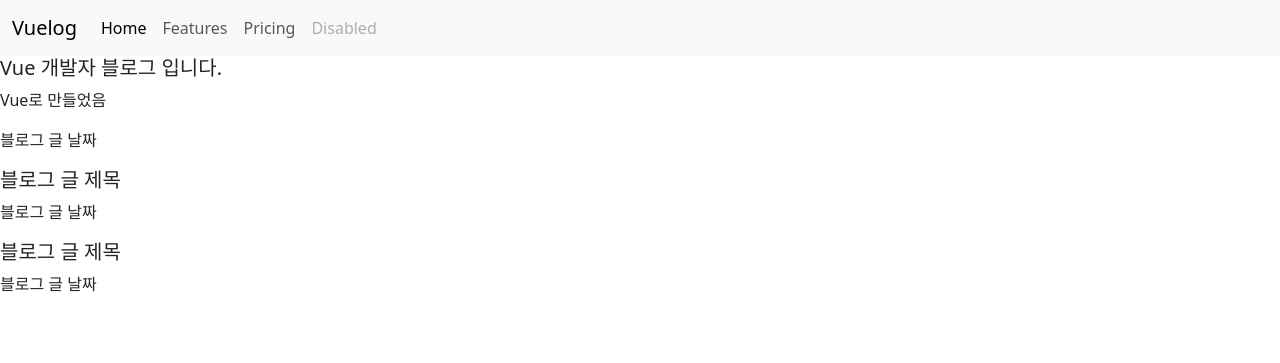
Repository: sangwoolee9701/testReposit
Page: / (app in vue_강습/blog/blog/)
The author's editor kept a copy of each file at every save. The page is drawn from the files as they stood at one save, then again after a run of saves.
The browser window is 1280 px wide. The pictures show the whole page.
The project was rebuilt for these pictures with package versions that can differ from the ones it lists, and the page was loaded fresh each time. Also part of the build but not shown: vue_강습/blog/blog/vite.config.js, vue_강습/blog/blog/src/assets/main.css.

Above is the page before, as saved 2026-03-24 21:04:16.

After the next 2 saves:
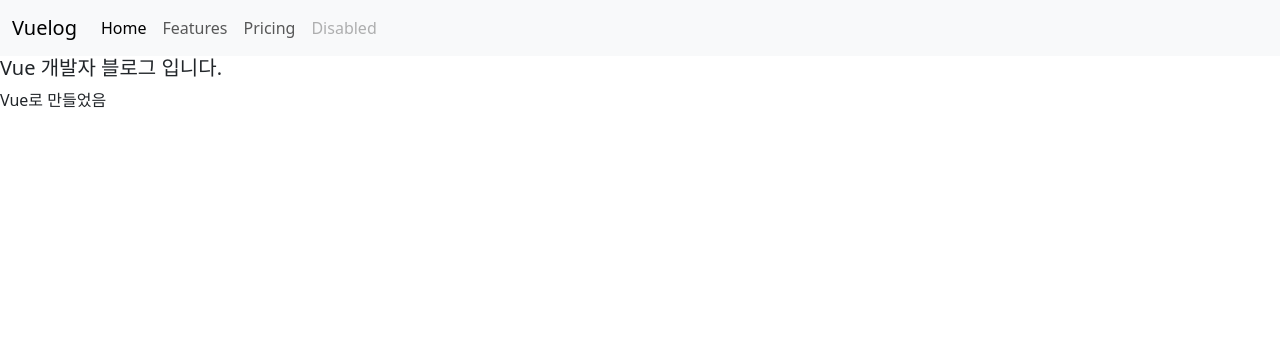
Console error: TypeError: Cannot read properties of undefined (reading '0')
The 2 saves are shown as one change because 1 did not build or start.
The last was saved 11 s later.
--- a/vue_강습/blog/blog/src/components/List.vue
+++ b/vue_강습/blog/blog/src/components/List.vue
@@ -1,6 +1,6 @@
 <template>
     <div>
-        <h5>{{ 블로그글 }}</h5>
+        <h5>{{ 블로그글[0] }}</h5>
         <p>블로그 글 날짜</p>
     </div>
     <div>

After the 5 saves that followed:
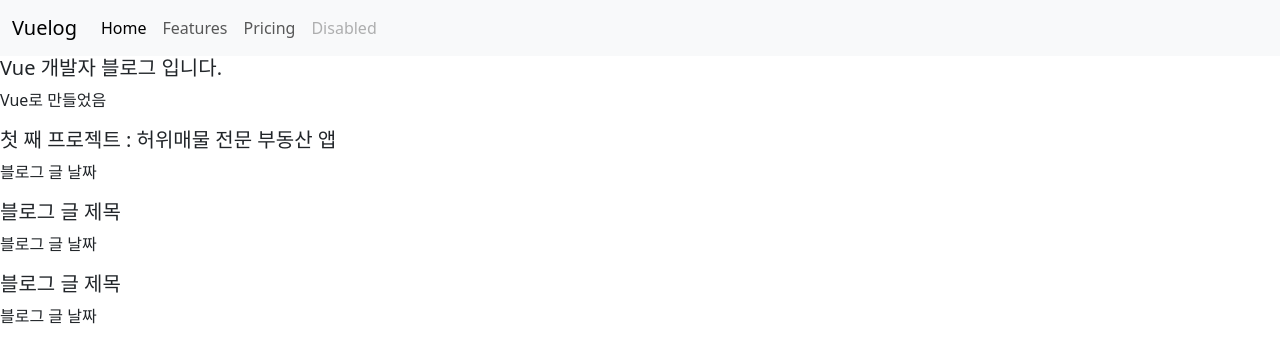
The error is gone.
The 5 saves are shown as one change because 1 did not build or start and 3 left the picture as it was.
The last was saved 72 s later.
--- a/vue_강습/blog/blog/src/App.vue
+++ b/vue_강습/blog/blog/src/App.vue
@@ -30,7 +30,7 @@
 
   </div>
 
-  <List :블로그글v="블로그글"/>
+  <List :블로그글="블로그글"/>
 
 </template>
 
--- a/vue_강습/blog/blog/src/components/List.vue
+++ b/vue_강습/blog/blog/src/components/List.vue
@@ -1,6 +1,6 @@
 <template>
     <div>
-        <h5>{{ 블로그글[0] }}</h5>
+        <h5>{{ 블로그글[0].title }}</h5>
         <p>블로그 글 날짜</p>
     </div>
     <div>
